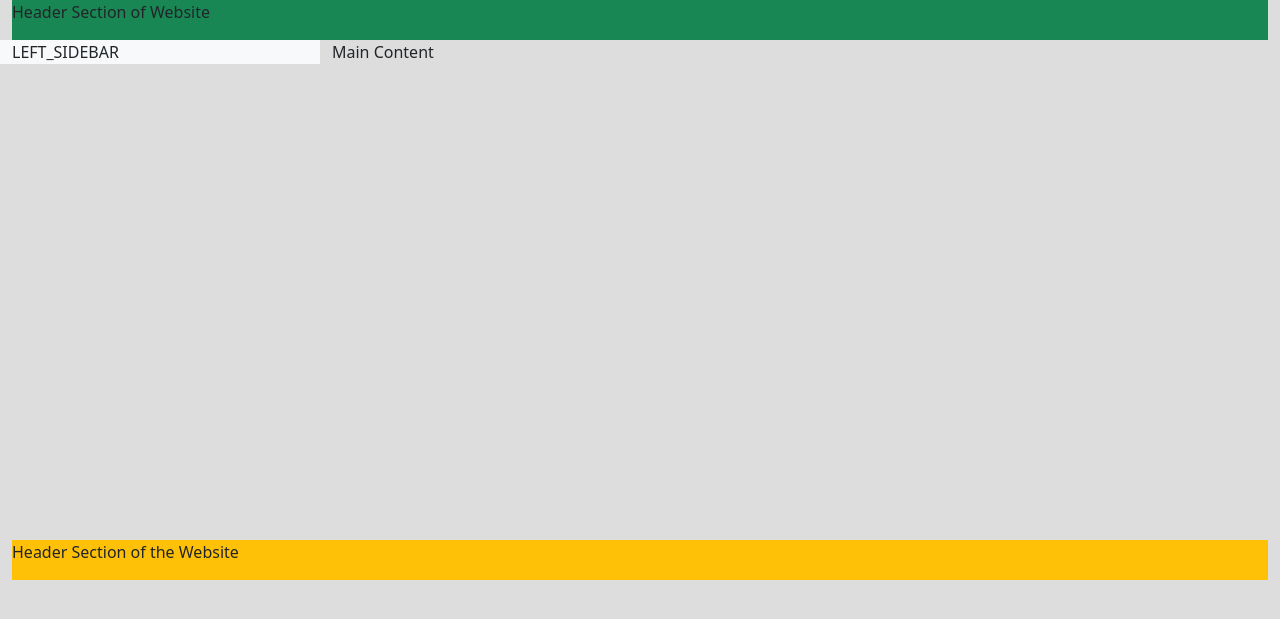
Repository: Dayvid0/BOOTSTRAP-TUTORIALS
Page: BOOTSTRAP-GRID-LAYOUTS/index.html
These files come from the project's save history. The page is drawn as it stood at one moment and after the next save; the edit follows.
The browser window is 1280 px wide. The pictures show the whole page.

Above is the page before, as saved 2025-01-24 10:31:24.

### BOOTSTRAP-GRID-LAYOUTS/index.html
<!doctype html>
<html lang="en">
  <head>
    <!-- Required meta tags -->
    <meta charset="utf-8">
    <meta name="viewport" content="width=device-width, initial-scale=1">
    <!-- Bootstrap CSS -->
    <link href="https://cdn.jsdelivr.net/npm/bootstrap@5.0.2/dist/css/bootstrap.min.css" rel="stylesheet" integrity="sha384-EVSTQN3/azprG1Anm3QDgpJLIm9Nao0Yz1ztcQTwFspd3yD65VohhpuuCOmLASjC" crossorigin="anonymous">
    <link rel="stylesheet" href="./style.css">
    <title>Hello, world!</title>
  </head>
  <body>
  <div class="container-fluid">
    <div class="header bg-success">
      Header Section of Website
    </div>
    <div class="content">
      <div class="row">
        <div class="col-3 sidebar bg-light">
          LEFT_SIDEBAR
        </div>
        <div class="col-3 sidebar">
          Main Content
      </div>
    </div>
  </div>
  <div class="footer bg-warning">
    Header Section of the Website
  </div>
    <script src="https://cdn.jsdelivr.net/npm/bootstrap@5.0.2/dist/js/bootstrap.bundle.min.js" integrity="sha384-MrcW6ZMFYlzcLA8Nl+NtUVF0sA7MsXsP1UyJoMp4YLEuNSfAP+JcXn/tWtIaxVXM" crossorigin="anonymous"></script>
  </body>
</html>

### BOOTSTRAP-GRID-LAYOUTS/style.css
body {
  background-color: #ddd;
}
.header {
  height: 40px;
}
.content {
  min-height: 500px;
}
.footer {
  height: 40px;
}
.main-content {
  min-height: 500px;
}

After the next save:
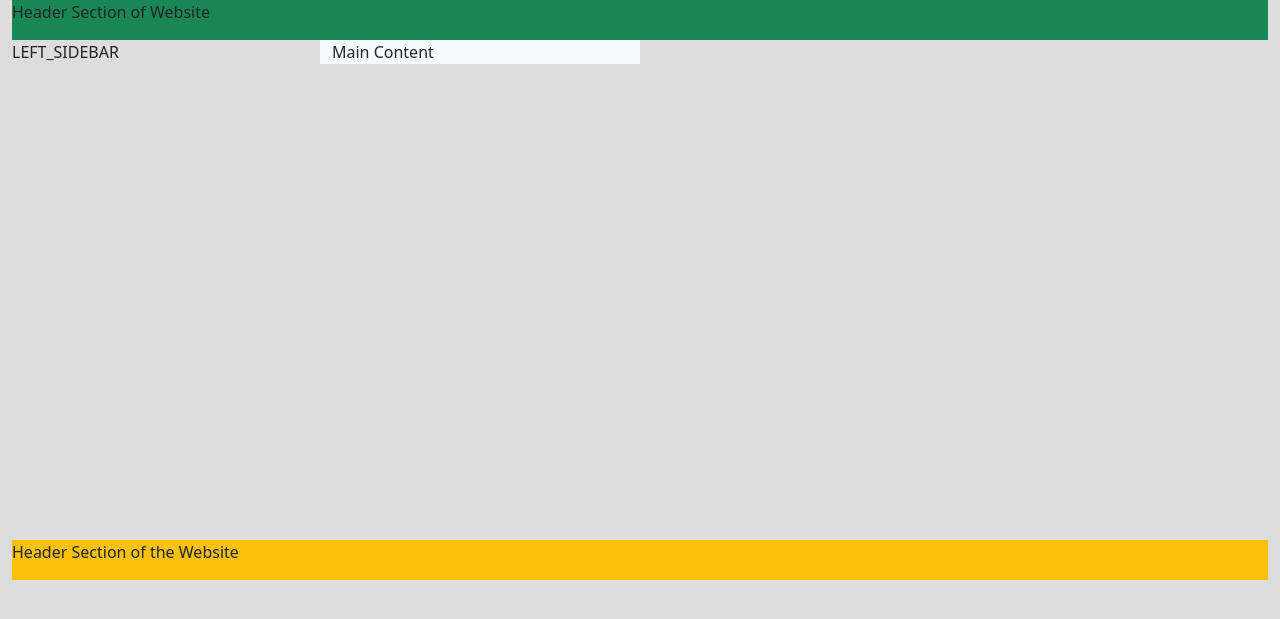
Saved 34 s later.
--- a/BOOTSTRAP-GRID-LAYOUTS/index.html
+++ b/BOOTSTRAP-GRID-LAYOUTS/index.html
@@ -16,10 +16,10 @@
     </div>
     <div class="content">
       <div class="row">
-        <div class="col-3 sidebar bg-light">
+        <div class="col-3 sidebar ">
           LEFT_SIDEBAR
         </div>
-        <div class="col-3 sidebar">
+        <div class="col-3 sidebar bg-light">
           Main Content
       </div>
     </div>
